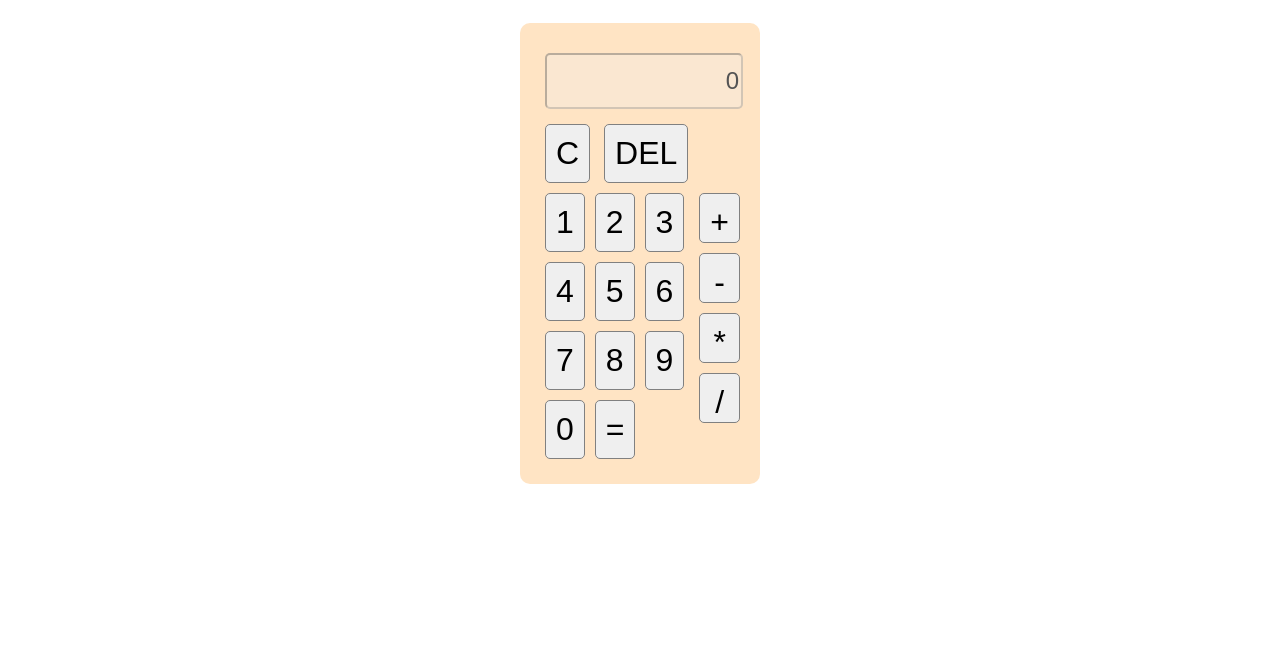
Repository: jaskeat/Calculator
Page: index.html
The author's editor kept a copy of each file at every save. The page is drawn from the files as they stood at one save, then again after the next save.
The browser window is 1280 px wide. The pictures show the whole page.

Above is the page before, as saved 2024-09-05 13:20:46.

After the next save:
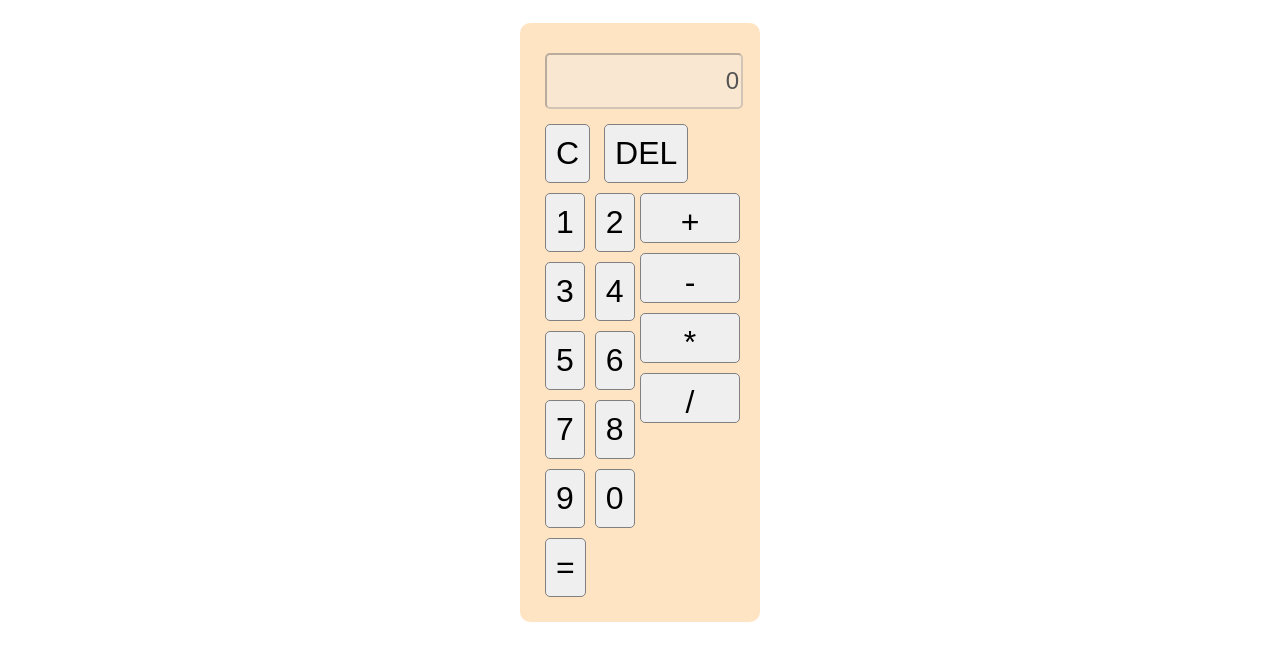
Saved 9 s later.
--- a/style.css
+++ b/style.css
@@ -37,11 +37,11 @@
 .operators {
 	display: flex;
 	flex-direction: column;
-	width: auto;
+	width: 150px;
 }
 
 .operators button {
-	width: 150;
+	width: auto;
 	height: 50px;
 	margin: 5px 0;
 }

After the save that followed:
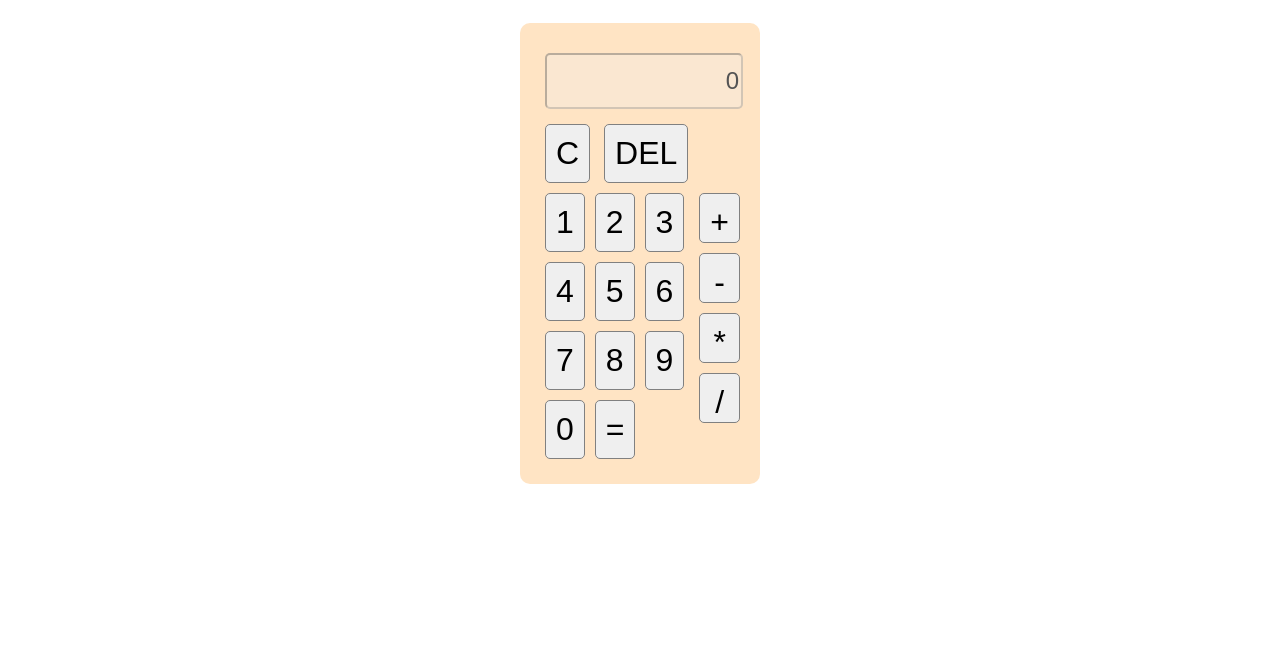
Saved 7 s later.
--- a/style.css
+++ b/style.css
@@ -37,7 +37,7 @@
 .operators {
 	display: flex;
 	flex-direction: column;
-	width: 150px;
+	width: auto;
 }
 
 .operators button {
